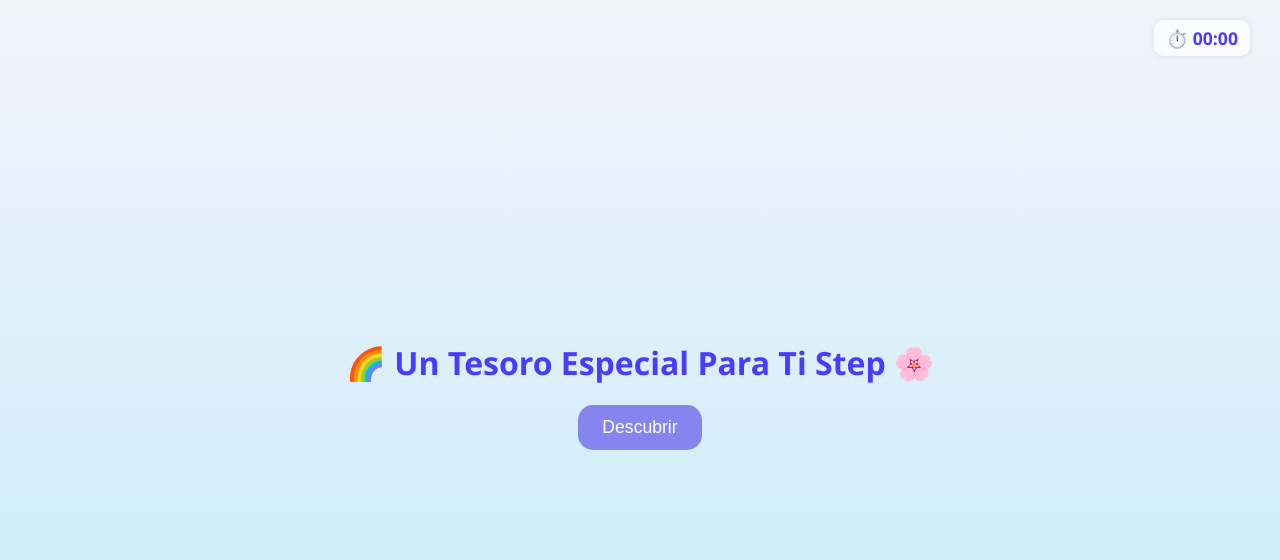
Repository: FernandoPelaez/juego-step
Page: index.html
These files come from the project's save history. The page is drawn as it stood at one moment and after the next save; the edit follows.
The browser window is 1280 px wide. The pictures show the whole page.
Some web libraries are served in a nearby version.

Above is the page before, as saved 2025-05-13 22:47:41.

After the next save:
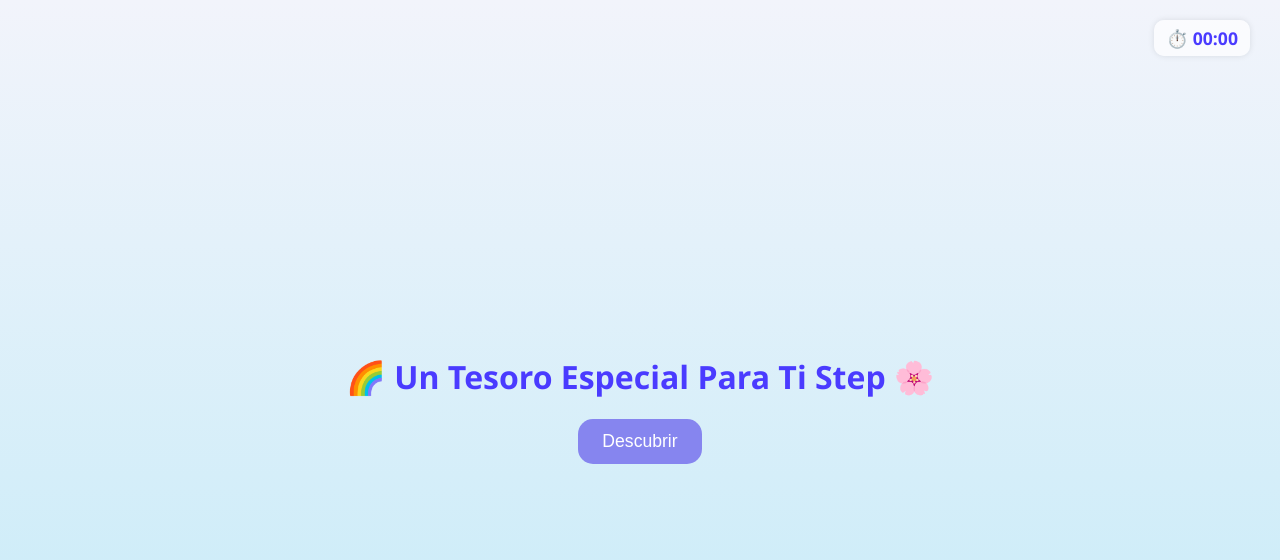
Saved 78 s later.
--- a/index.html
+++ b/index.html
@@ -9,6 +9,7 @@
 <body>
 
   <div class="reloj" id="reloj">⏱️ 00:00</div>
+   <p id="mensajeTiempo" class="mensaje-tiempo"></p>
 
   <div class="pantalla-inicial">
     <h1>🌈 <span>Un Tesoro Especial Para Ti Step</span> 🌸</h1>
